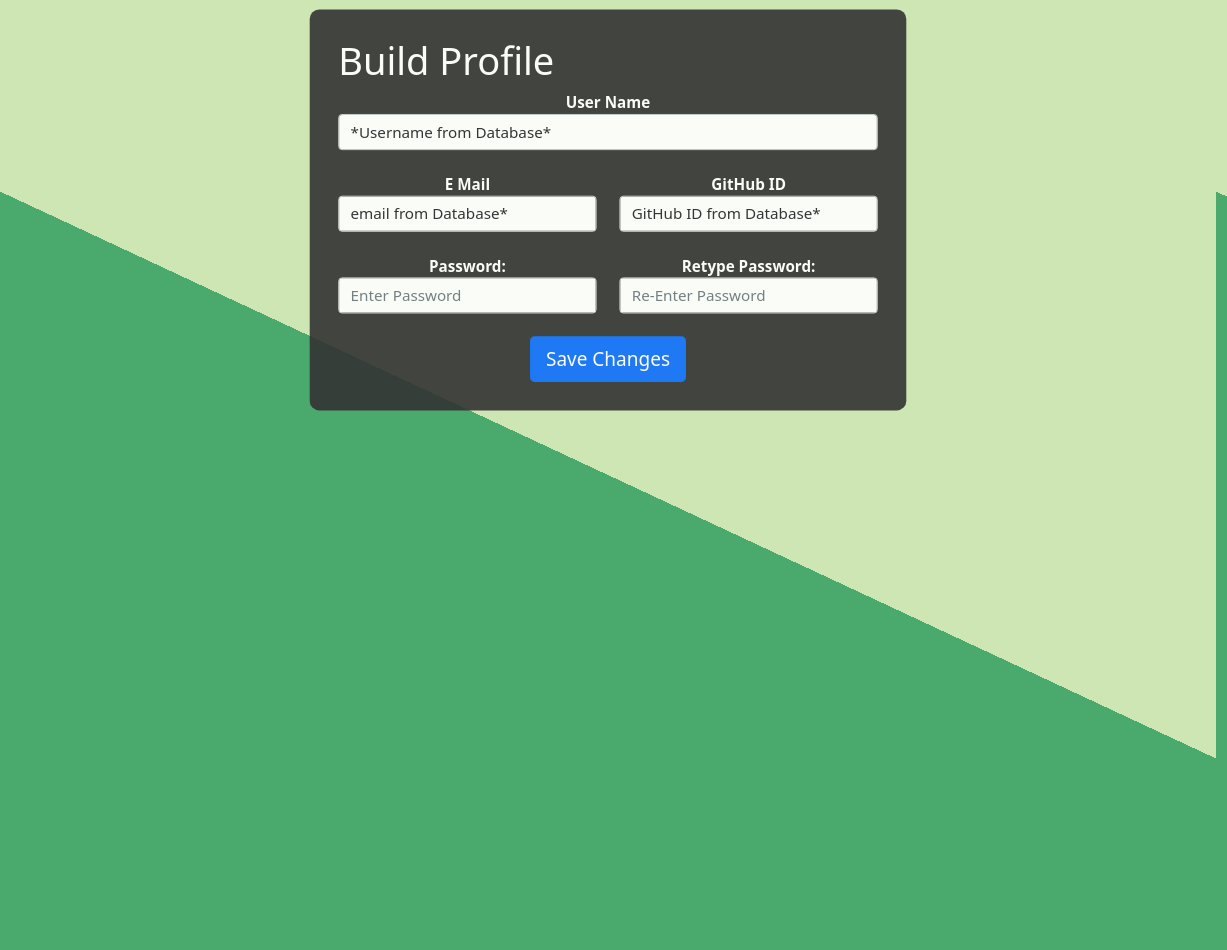
Repository: poornasyamasundar/Software-Project-Manager
Page: SoftwareManager/Templates/editprofile.html
These files come from the project's save history. The page is drawn as it stood at one moment and after the next save; the edit follows.
The browser window is 1280 px wide. The page is 1292 px wide, so the pictures cover 1292 px, including what lies to the right of the window. The pictures show the whole page, at 95% of full size.

Above is the page before, as saved 2021-11-15 16:57:51.

After the next save:
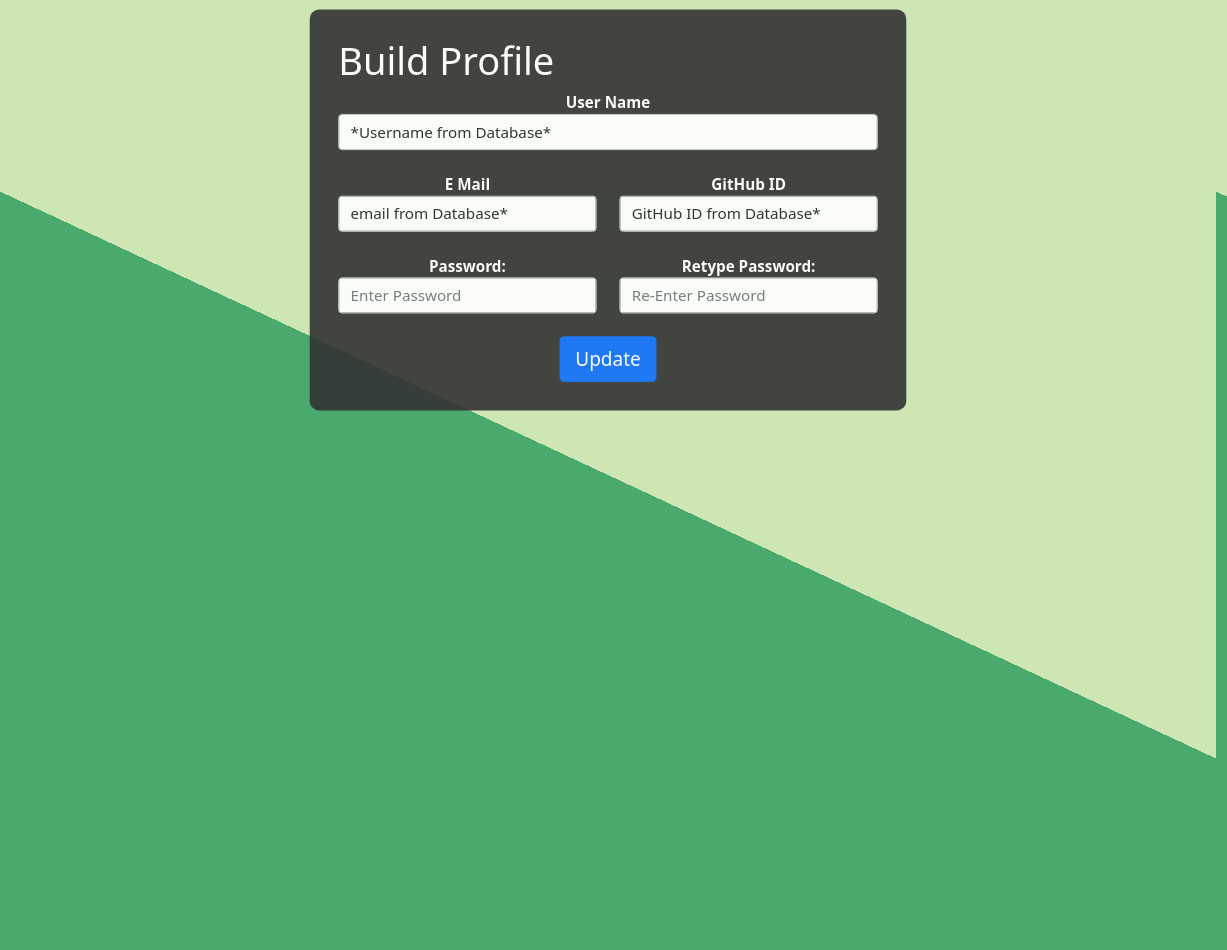
Saved 79 s later.
--- a/SoftwareManager/Templates/editprofile.html
+++ b/SoftwareManager/Templates/editprofile.html
@@ -64,7 +64,7 @@
                       </div>
                     </div>
                     <br>
-                    <input type="submit" name="submit" value="Save Changes" class="btn btn-primary btn-lg">
+                    <input type="submit" name="submit" value="Update" class="btn btn-primary btn-lg">
                   </form>
                 </div>
               </div>
